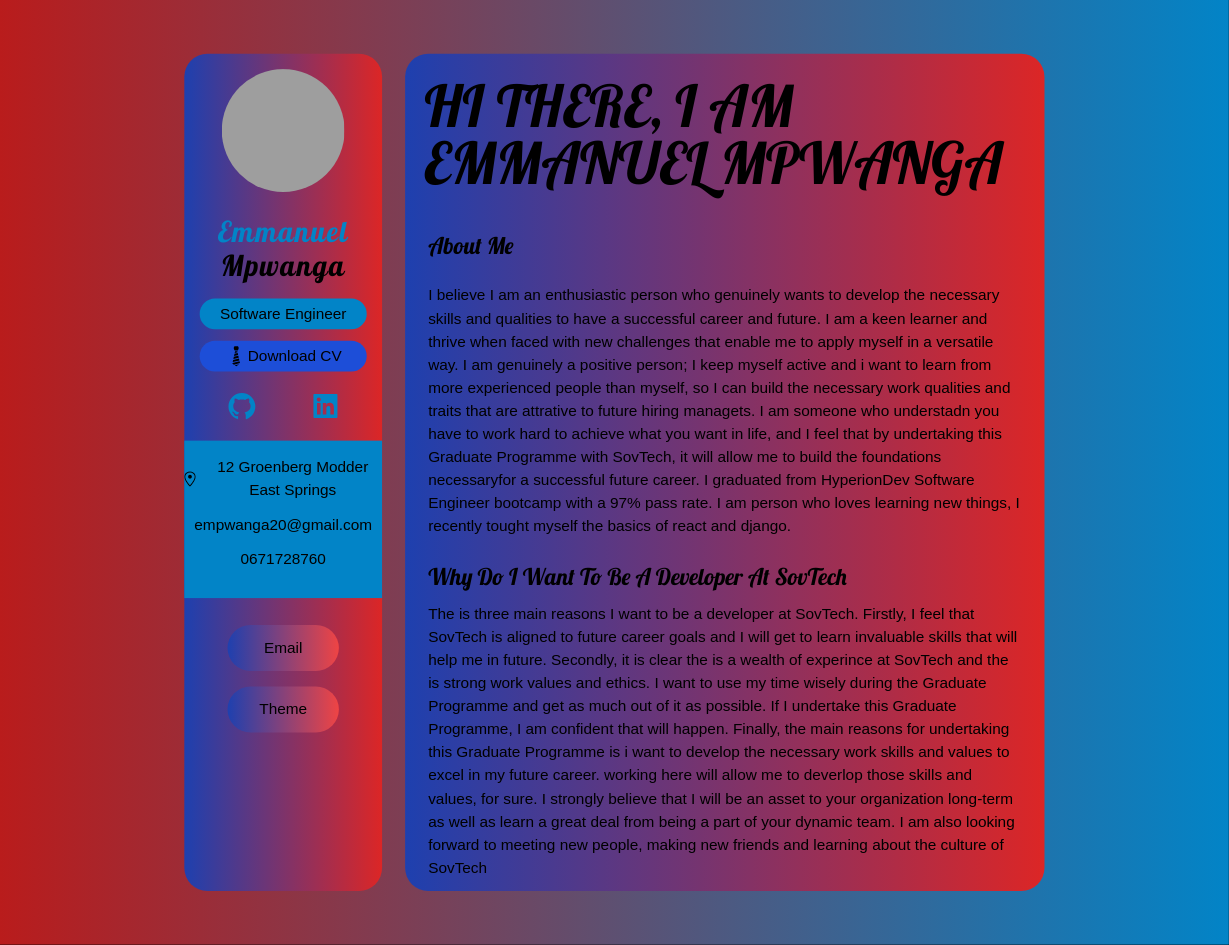
Repository: mannympwanga/portfolio
Page: /
These files come from the project's save history. The page is drawn as it stood at one moment and after the next save; the edit follows.
The browser window is 1280 px wide. The pictures show the whole page, at 96% of full size.
Pictures or frames that could not be fetched are drawn as grey boxes. The project was rebuilt for these pictures with package versions that can differ from the ones it lists, and the page was loaded fresh each time. The framework's server and built-in components were replaced by stand-ins that run in the browser. Also part of the build but not shown: next.config.js.

Above is the page before, as saved 2021-11-24 23:22:25.

After the next save:
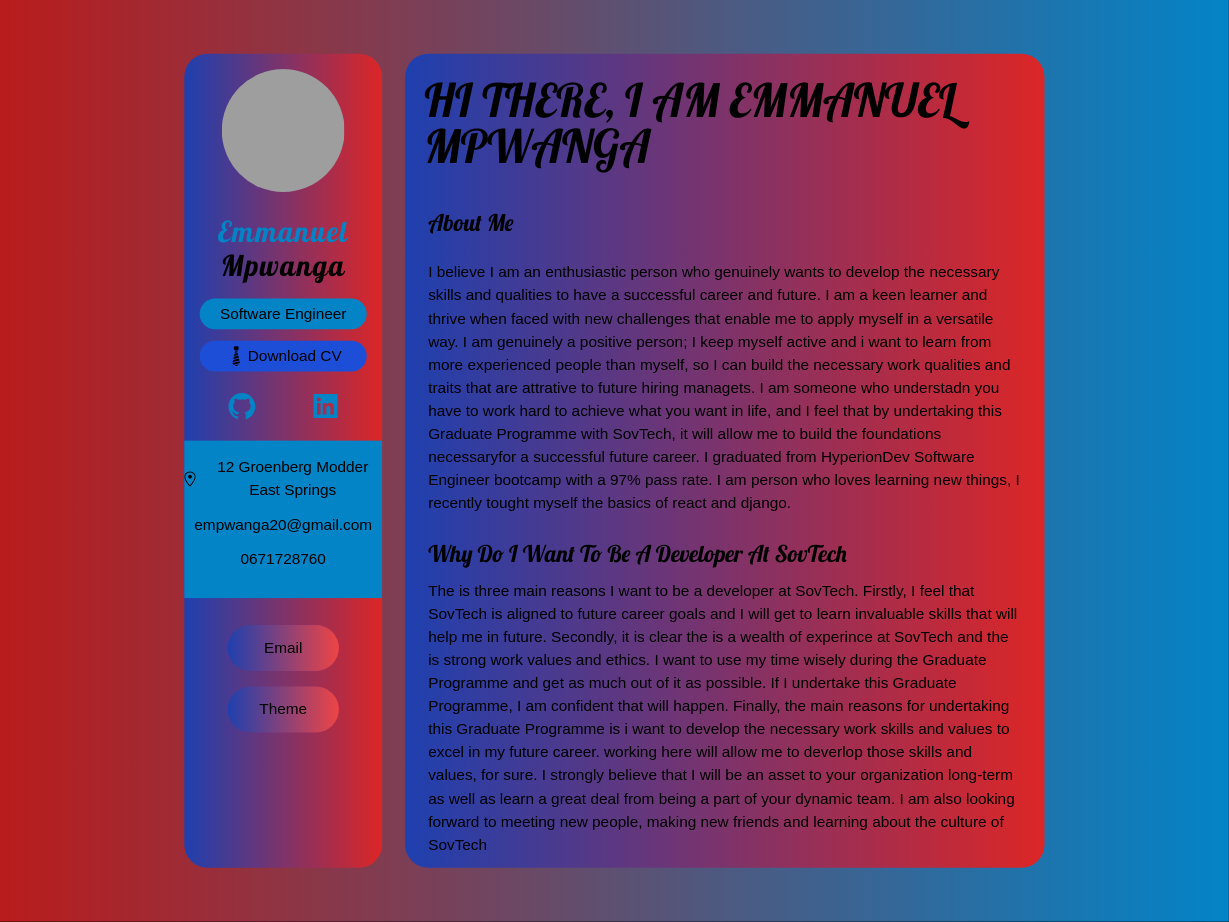
Saved 3 min 13 s later.
--- a/components/Navbar.tsx
+++ b/components/Navbar.tsx
@@ -9,7 +9,7 @@
    return (
       <div className='flex items-center justify-between px-5 py-3 my-3 text-5xl font-Lobster'>
 
-         <div className='text-6xl font-Lobster md:text-1xl'>
+         <div className='text-5xl font-Lobster md:text-1xl'>
             HI THERE, I AM EMMANUEL MPWANGA
          </div>
       </div>
